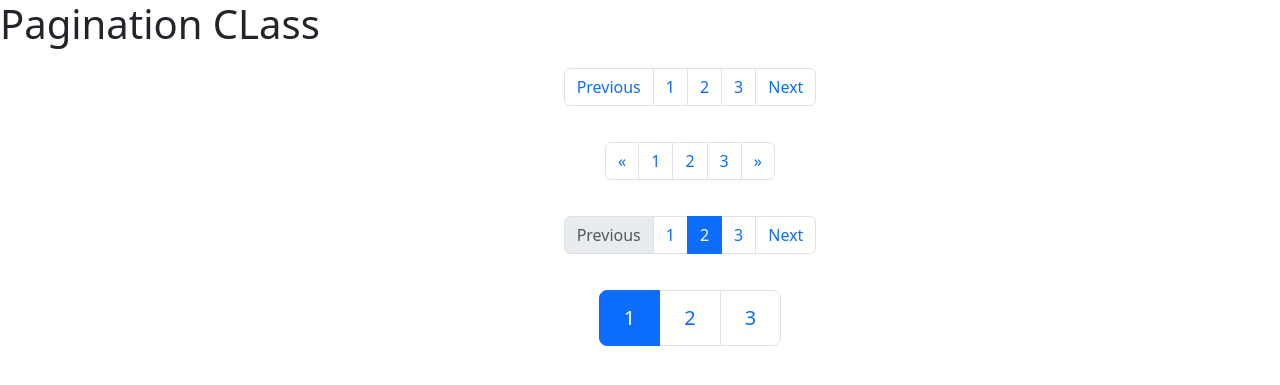
Repository: arunyerram/Web-TEChnologies
Page: Pagination.html
An editor plug-in stored every save of this project. The page is shown before and after a run of saves, followed by the edit.
The browser window is 1280 px wide. The pictures show the whole page.

Above is the page before, as saved 2025-02-28 11:53:35.

### Pagination.html
<!DOCTYPE html>
<html lang="en">
<head>
    <meta charset="UTF-8">
    <meta name="viewport" content="width=device-width, initial-scale=1.0">
    <title>Document</title>

    <script src="https://cdn.jsdelivr.net/npm/bootstrap@5.3.3/dist/js/bootstrap.bundle.min.js" integrity="sha384-YvpcrYf0tY3lHB60NNkmXc5s9fDVZLESaAA55NDzOxhy9GkcIdslK1eN7N6jIeHz" crossorigin="anonymous"></script>

    <link href="https://cdn.jsdelivr.net/npm/bootstrap@5.3.3/dist/css/bootstrap.min.css" rel="stylesheet" integrity="sha384-QWTKZyjpPEjISv5WaRU9OFeRpok6YctnYmDr5pNlyT2bRjXh0JMhjY6hW+ALEwIH" crossorigin="anonymous">
    <link href="Pagination.css" rel="stylesheet">
</head>
<body>
    <h1 style:{textAlign:"center"}>Pagination CLass</h1>

    <div class="app">

    <nav aria-label="Page navigation example">
        <ul class="pagination">
          <li class="page-item"><a class="page-link" href="#">Previous</a></li>
          <li class="page-item"><a class="page-link" href="#">1</a></li>
          <li class="page-item"><a class="page-link" href="#">2</a></li>
          <li class="page-item"><a class="page-link" href="#">3</a></li>
          <li class="page-item"><a class="page-link" href="#">Next</a></li>
        </ul>
      </nav>
    </div>


    <div class="app">
        <nav aria-label="Page navigation example">
            <ul class="pagination">
              <li class="page-item">
                <a class="page-link" href="#" aria-label="Previous">
                  <span aria-hidden="true">&laquo;</span>
                </a>
              </li>
              <li class="page-item"><a class="page-link" href="#">1</a></li>
              <li class="page-item"><a class="page-link" href="#">2</a></li>
              <li class="page-item"><a class="page-link" href="#">3</a></li>
              <li class="page-item">
                <a class="page-link" href="#" aria-label="Next">
                  <span aria-hidden="true">&raquo;</span>
                </a>
              </li>
            </ul>
          </nav>
    </div>

    <div class="app">
        <nav aria-label="...">
            <ul class="pagination">
              <li class="page-item disabled">
                <a class="page-link">Previous</a>
              </li>
              <li class="page-item"><a class="page-link" href="#">1</a></li>
              <li class="page-item active" aria-current="page">
                <a class="page-link" href="#">2</a>
              </li>
              <li class="page-item"><a class="page-link" href="#">3</a></li>
              <li class="page-item">
                <a class="page-link" href="#">Next</a>
              </li>
            </ul>
          </nav>
    </div>

    <div class="app">

        <nav aria-label="...">
            <ul class="pagination pagination-lg">
              <li class="page-item active" aria-current="page">
                <span class="page-link">1</span>
              </li>
              <li class="page-item"><a class="page-link" href="#">2</a></li>
              <li class="page-item"><a class="page-link" href="#">3</a></li>
            </ul>
          </nav>
    </div>
</body>
</html>

### Pagination.css
.app{
    text-align:center;
    margin-left:100px;
    margin-top: 20px;
    display:flex;
    justify-content:center;
    /* margin:auto; */
}

After the next 2 saves:
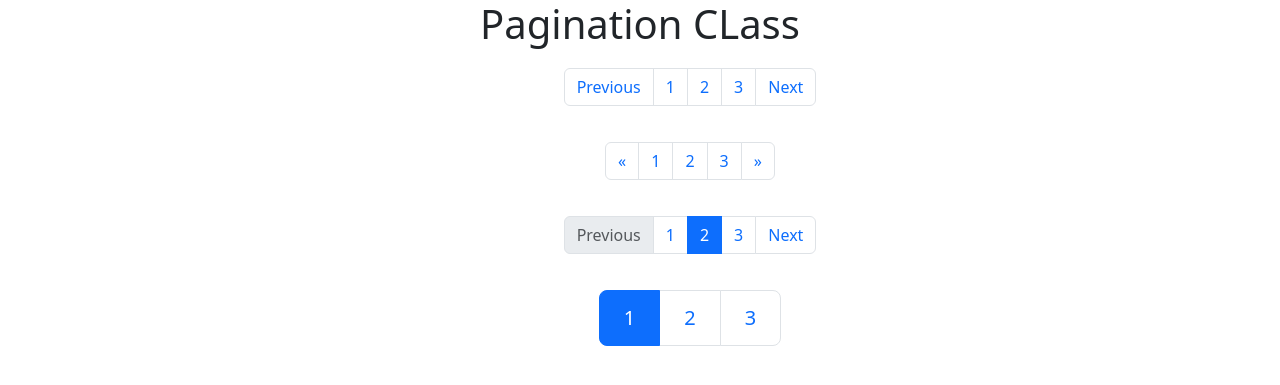
The 2 saves are shown as one change because they came seconds apart.
The last was saved 7 s later.
--- a/Pagination.html
+++ b/Pagination.html
@@ -11,7 +11,7 @@
     <link href="Pagination.css" rel="stylesheet">
 </head>
 <body>
-    <h1 style:{textAlign:"center"}>Pagination CLass</h1>
+    <h1 class="text-center">Pagination CLass</h1>
 
     <div class="app">
 
